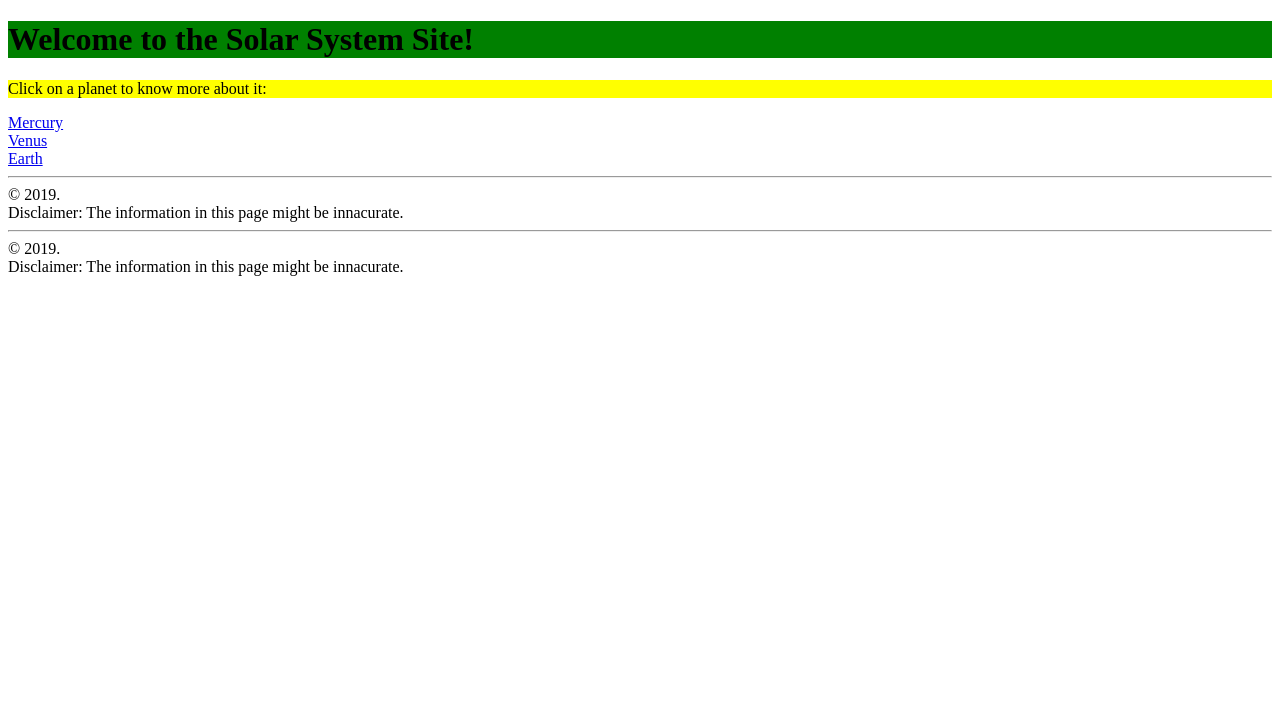
Repository: BenZhang97/BenZhang-CST336-Lab6
Page: http://localhost/
The author's editor kept a record of every edit. The page is drawn from the files as they stood at one moment, then again after the next edit.
The browser window is 1280 px wide. The pictures show the whole page.
The page is served by the project's Node server (app.js).

Above is the page before.

After the next edit:
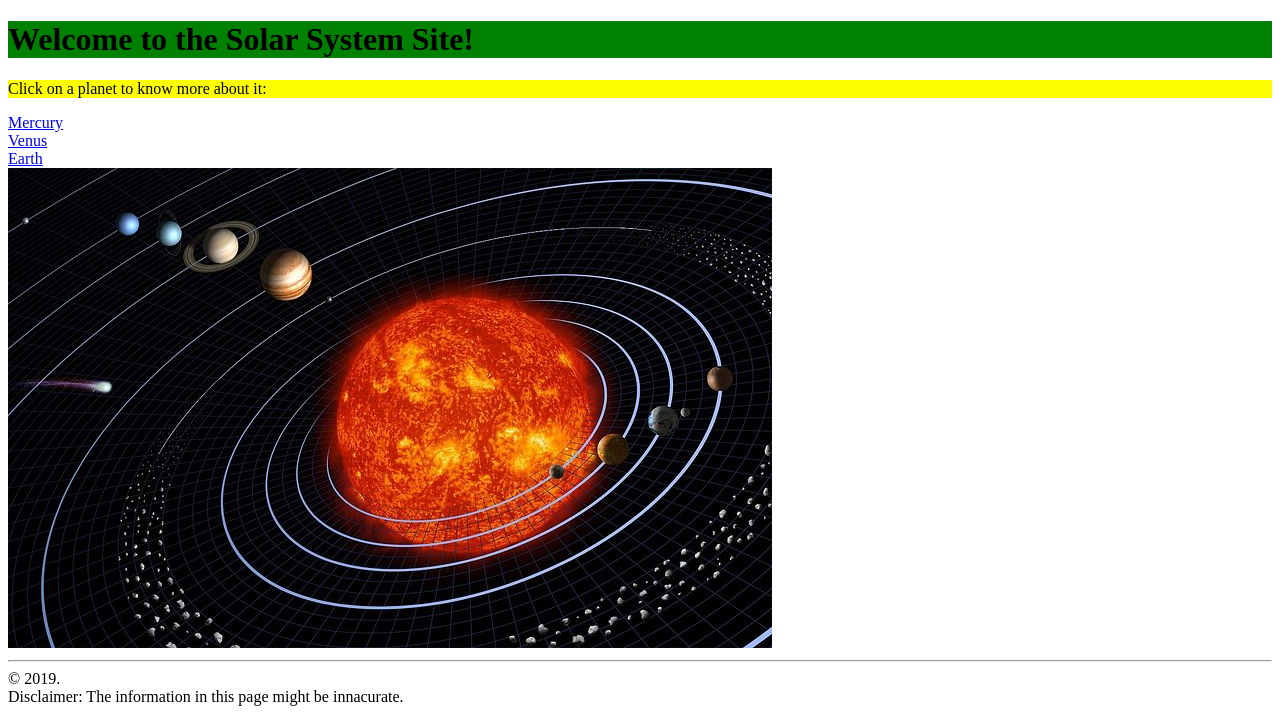
The edit:
--- a/views/index.html
+++ b/views/index.html
@@ -5,7 +5,5 @@
            <a href="/mercury"> Mercury </a> <br>
            <a href="/venus">   Venus   </a> <br>
            <a href="/earth">   Earth   </a> <br>
-       <hr>
-       &copy; 2019. <br/>
-       Disclaimer: The information in this page might be innacurate.
+           <img src="img/solar-system.jpg" id="solarSystem"alt="The Solar System"/>
 <%- include('partials/footer.ejs') %>
